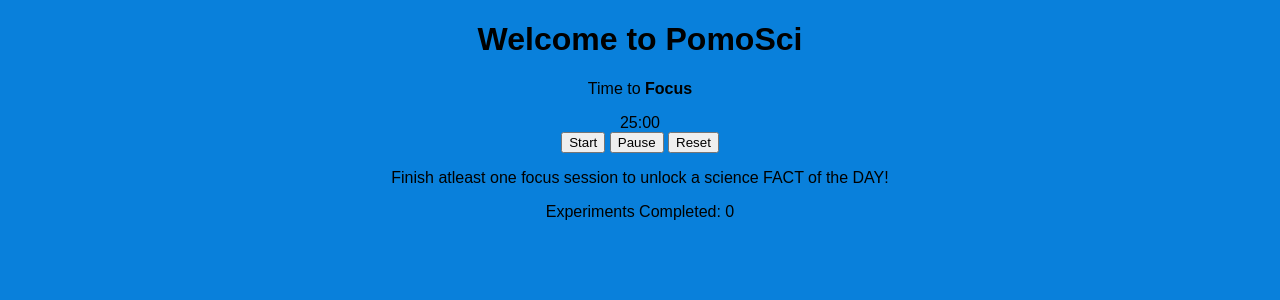
Repository: manayparikh1/Pomosci
Page: index.html
The author's editor kept a copy of each file at every save. The page is drawn from the files as they stood at one save, then again after the next save.
The browser window is 1280 px wide. The pictures show the whole page.

Above is the page before, as saved 2026-11-13 13:07:53.

After the next save:
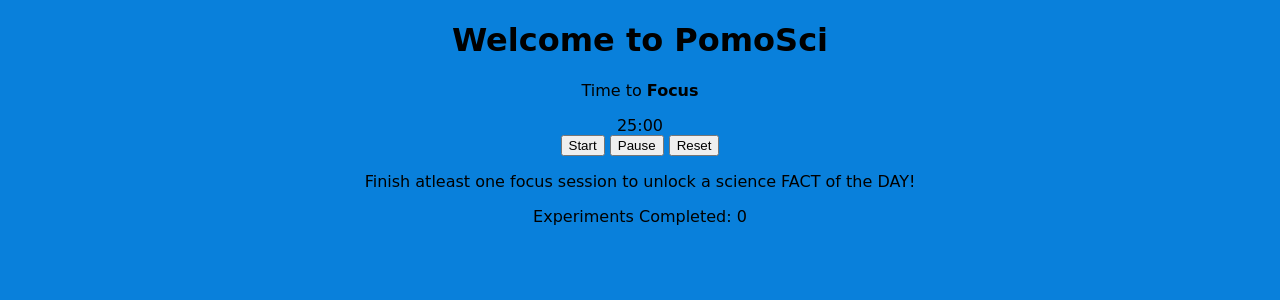
Saved 82 s later.
--- a/index.html
+++ b/index.html
@@ -34,7 +34,7 @@
 
             <style>
                 body {
-                    font-family: Arial;
+                    font-family: Comic Sans MS, Comic Sans, cursive;
                     background-color: rgb(9, 128, 219);
                     text-align: center;
                 }
